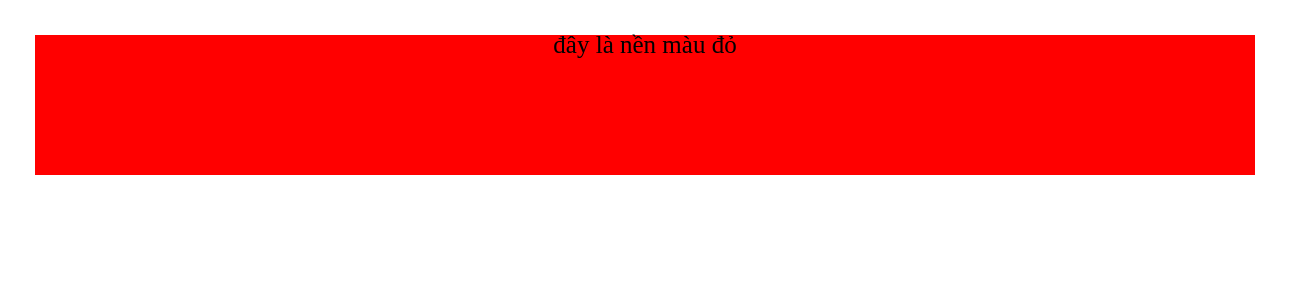
Repository: phanvu0103/HTML-CSS
Page: CSS_08.2_Background-clip/index.html
The author's editor kept a copy of each file at every save. The page is drawn from the files as they stood at one save, then again after the next save.
The browser window is 1280 px wide. The page is 1290 px wide, so the pictures cover 1290 px, including what lies to the right of the window. The pictures show the whole page.

Above is the page before, as saved 2022-09-28 09:26:22.

### CSS_08.2_Background-clip/index.html
<!DOCTYPE html>
<html>
  <head>
    <title>Vũ Hên Khải</title>
    <meta charset="utf-8" />
    <link rel="stylesheet" href="style.css" />
    <style>
      /* html,body{
                    margin: 0;
                }

                .header{
                    width: 100%;
                    height: 100px;
                    background-color: red;
                    padding: 20px;
                    box-sizing: border-box;
                    border: 10px dashed #fff;
                    background-clip: content-box;
                } */
    </style>
  </head>
  <body>
    <div class="header">đây là nền màu đỏ</div>
  </body>
</html>

### CSS_08.2_Background-clip/style.css
* {
  margin: 0;
  padding: 0;
  box-sizing: border-box;
}
html,
body {
  margin: 0;
  line-height: 20px;
}

.header {
  width: 100%;
  height: 200px;
  background-color: red;
  padding: 20px;
  box-sizing: border-box;
  border: 10px dashed #fff;
  background-clip: content-box;
  text-align: center;
  font-size: 25px;
  margin: 5px;
  display: inline-block;
  font-style: normal;
}

After the next save:
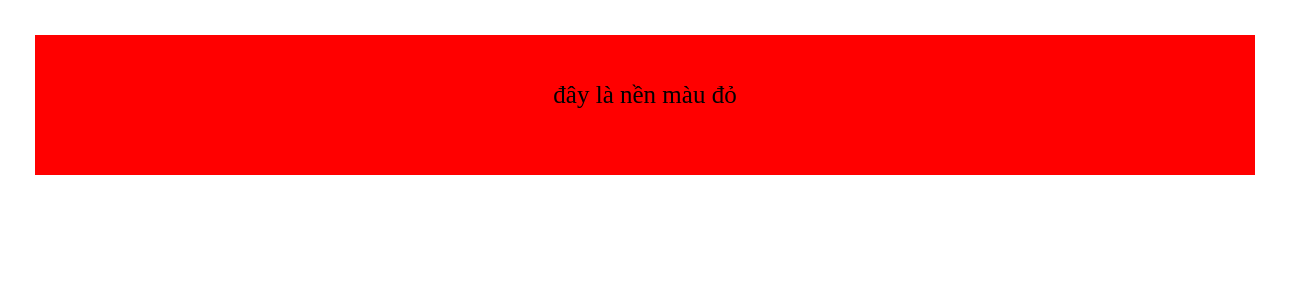
Saved 5 s later.
--- a/CSS_08.2_Background-clip/style.css
+++ b/CSS_08.2_Background-clip/style.css
@@ -6,7 +6,7 @@
 html,
 body {
   margin: 0;
-  line-height: 20px;
+  line-height: 120px;
 }
 
 .header {
